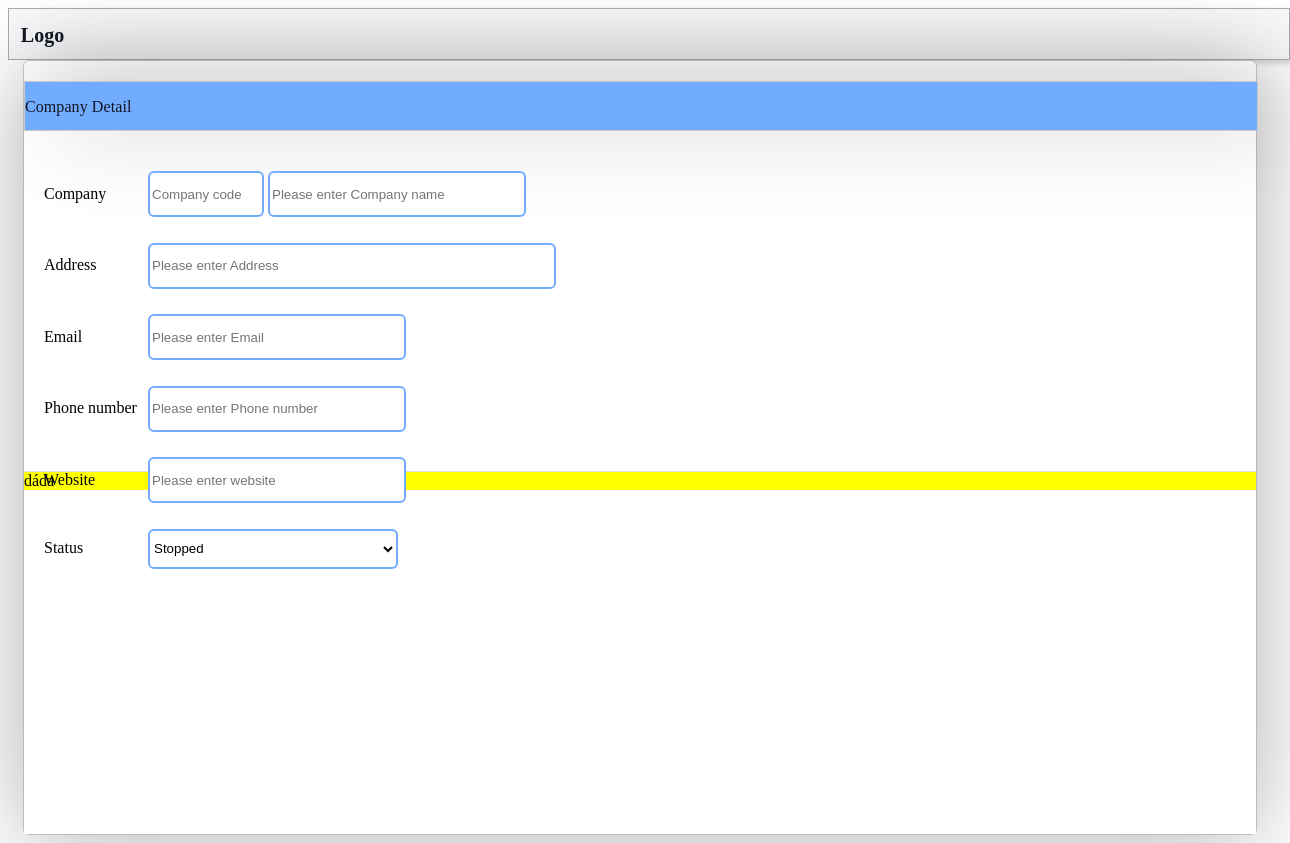
Repository: Zain1409/company
Page: client/html/CompanyDetail.html
These files come from the project's save history. The page is drawn as it stood at one moment and after the next save; the edit follows.
The browser window is 1280 px wide. The page is 1290 px wide, so the pictures cover 1290 px, including what lies to the right of the window. The pictures show the whole page.

Above is the page before, as saved 2021-04-04 21:34:19.

After the next save:
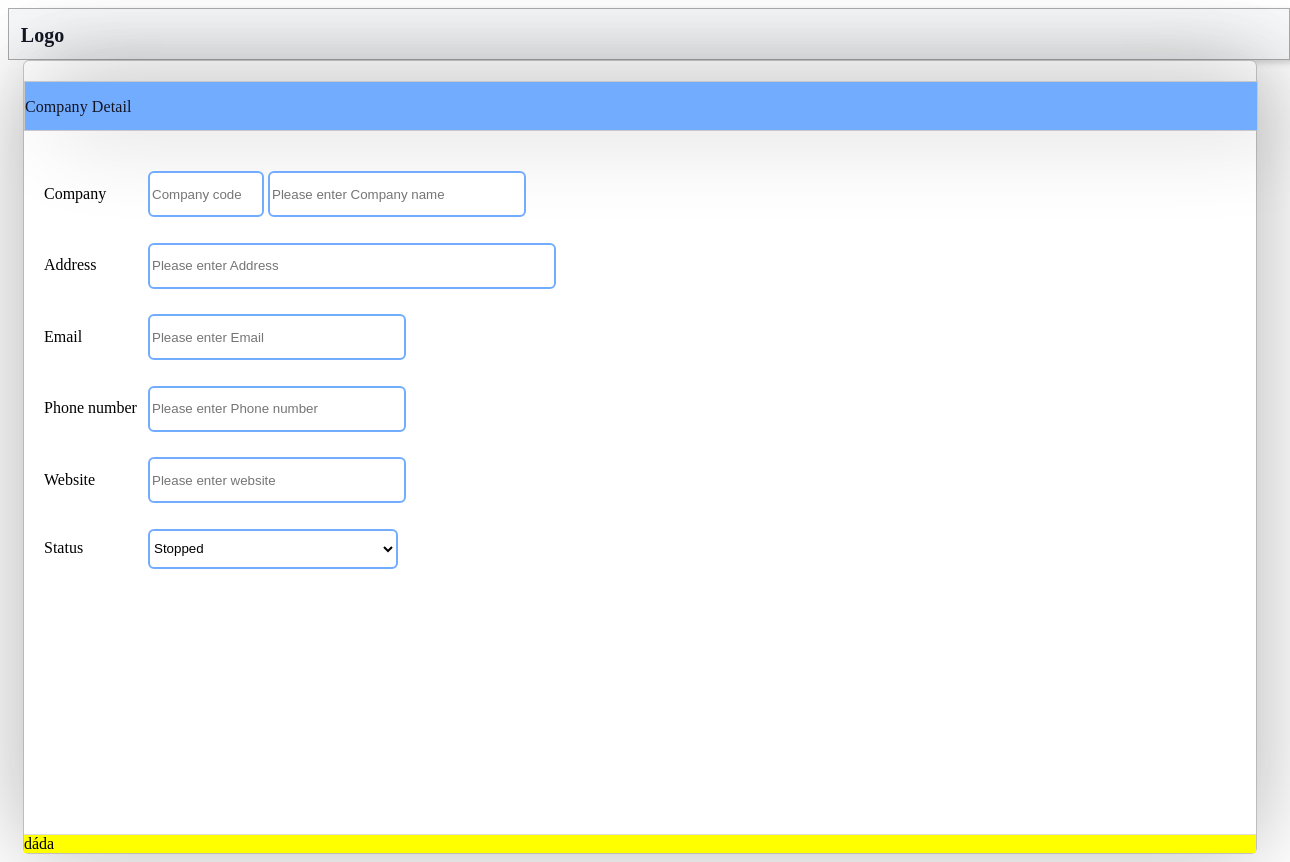
Saved 28 s later.
--- a/client/html/CompanyDetail.html
+++ b/client/html/CompanyDetail.html
@@ -40,10 +40,11 @@
                     </select>
                 </select>
             </form>
-            <div id="footer">
-                    dáda
-            </div>
+
         </div>
+        <div id="footer">
+            dáda
+    </div>
     </div>
 </body>
 </html>
